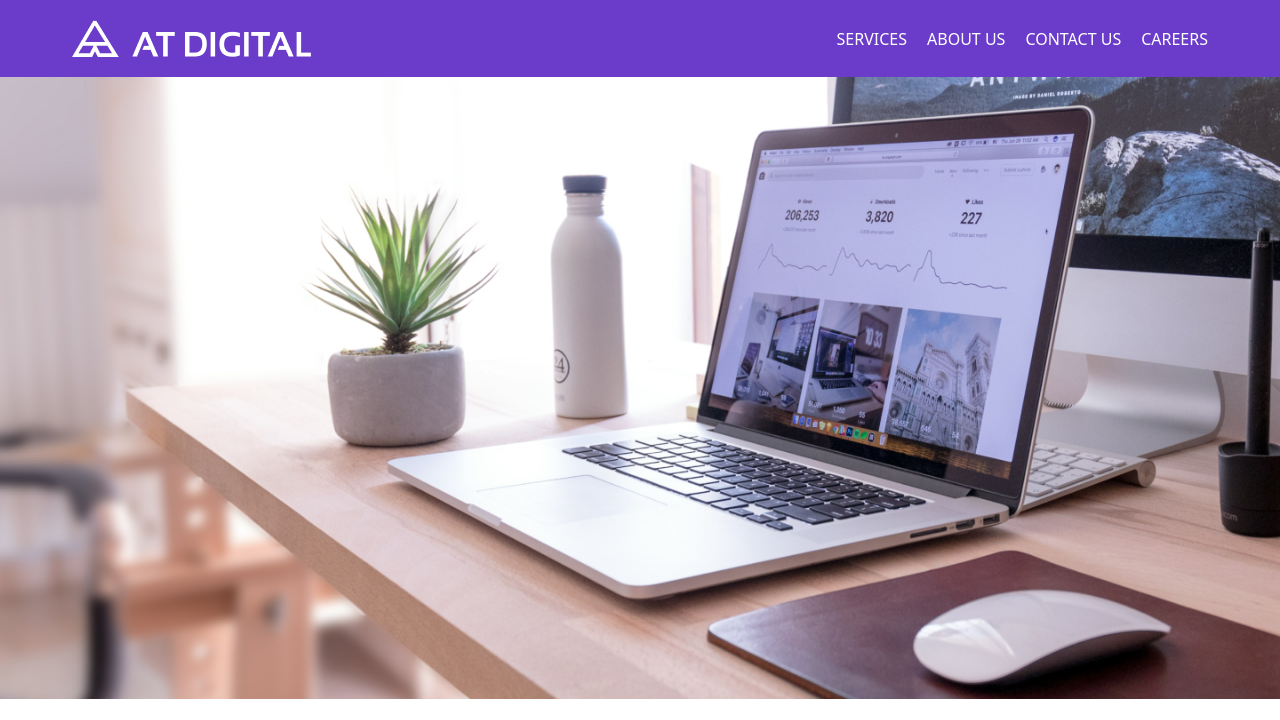
Repository: Milith97/AT-Digital-Website
Page: /
The author's editor kept a copy of each file at every save. The page is drawn from the files as they stood at one save, then again after the next save.
The browser window is 1280 px wide. The pictures show the whole page.
The project was rebuilt for these pictures with package versions that can differ from the ones it lists, and the page was loaded fresh each time. Also part of the build but not shown: vite.config.js.

Above is the page before, as saved 2024-04-06 19:18:35.

### src/App.jsx
// App.js or your main component file
import React from 'react';
import NavBar from './Components/NavBar';
import HomePage from './Components/HomePage';

function App() {
  return (
    <div className="App">
      <NavBar />
      <HomePage />
    </div>
  );
}

export default App;

### src/Components/NavBar.jsx
import React, { useState } from 'react';
import Logo from '../assets/Img/Logo.png';

const NavBar = () => {
    const [isOpen, setIsOpen] = useState(false);

    return (
        <nav className="bg-[#6B3CC9]">
            <div className="max-w-1440px max-h-20 xl:px-16 md:px-7 sm:px-11 max-lg:mx-6">
                <div className="flex justify-between">
                    <div>
                        <a href="#" className={`flex items-center py-5 sm:px-2 ${isOpen ? 'hidden' : 'flex'}`}>
                            <img src={Logo} alt="Logo" />
                        </a>
                    </div>
                    <div className={`hidden md:flex font-medium text-white items-center space-x-1 ${isOpen ? 'flex' : 'hidden'}`}>
                        <a href="#" className="py-5 px-2 ">SERVICES</a>
                        <a href="#" className="py-5 px-2 ">ABOUT US</a>
                        <a href="#" className="py-5 px-2 ">CONTACT US</a>
                        <a href="#" className="py-5 px-2 ">CAREERS</a>
                    </div>
                    <div className="md:hidden flex items-center ">
                        <button onClick={() => setIsOpen(!isOpen)} className="text-white focus:outline-none">
                            {!isOpen ? (
                                <svg className="h-14 w-10" stroke="white" viewBox="0 0 24 24" >
                                    <path strokeLinecap="round" strokeLinejoin="round" strokeWidth="3" d="M4 6h16M4 12h16M4 18h16" />
                                </svg>
                            ) : (
                                <svg className="h-12 w-8" stroke="black" viewBox="0 0 24 24" >
                                    <path strokeLinecap="round" strokeLinejoin="round" strokeWidth="3" d="M6 18L18 6M6 6l12 12" />
                                </svg>
                            )}
                        </button>
                    </div>
                </div>
            </div>
            <div className={`${isOpen ? 'block' : 'hidden'} md:hidden`}>
                <div className="bg-white">
                    <a href="#" className="block py-2 px-4 text-sm text-black-500 ">HOME</a>
                    <a href="#" className="block py-2 px-4 text-sm text-black-500">SERVICES</a>
                    <a href="#" className="block py-2 px-4 text-sm text-black-500">ABOUT US</a>
                    <a href="#" className="block py-2 px-4 text-sm text-black-500">CONTACT US</a>
                    <a href="#" className="block py-2 px-4 text-sm text-black-500">CAREERS</a>
                </div>
            </div>
        </nav>
    );
};

export default NavBar;

### src/Components/HomePage.jsx
import React from 'react';
import backgroundImage from '../assets/Img/Home.png';

const HomePage = () => {
    return (
        <div>
            <img src={backgroundImage} alt="Home Image" />
            <div className='h-32px w-24px bg-slate-600'>

            </div>
        </div>
    );
};

export default HomePage;

Loaded but not shown: index.html (common file); src/main.jsx (common file); src/index.css (common file); tailwind.config.js (common file)

After the next save:
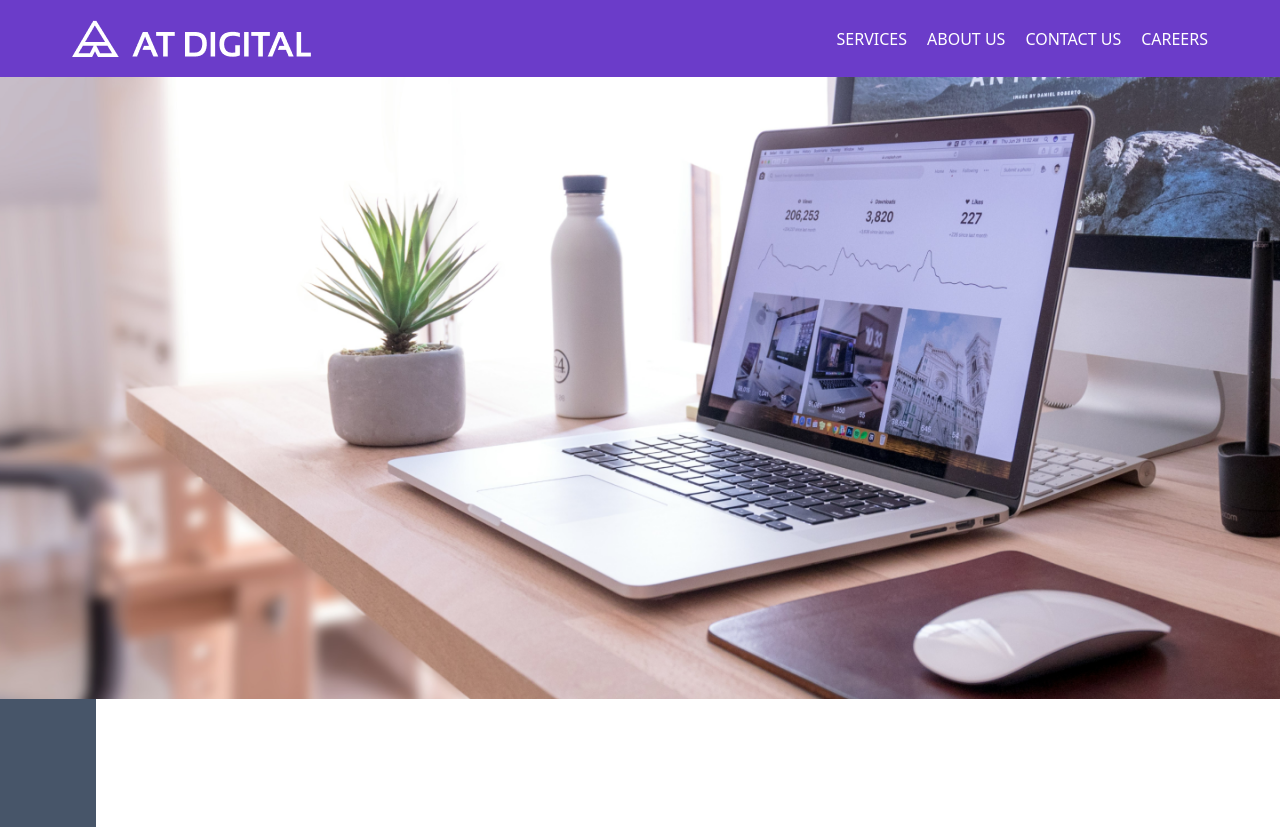
Saved 14 s later.
--- a/src/Components/HomePage.jsx
+++ b/src/Components/HomePage.jsx
@@ -5,7 +5,7 @@ const HomePage = () => {
     return (
         <div>
             <img src={backgroundImage} alt="Home Image" />
-            <div className='h-32px w-24px bg-slate-600'>
+            <div className='h-32 w-24 bg-slate-600'>
 
             </div>
         </div>
